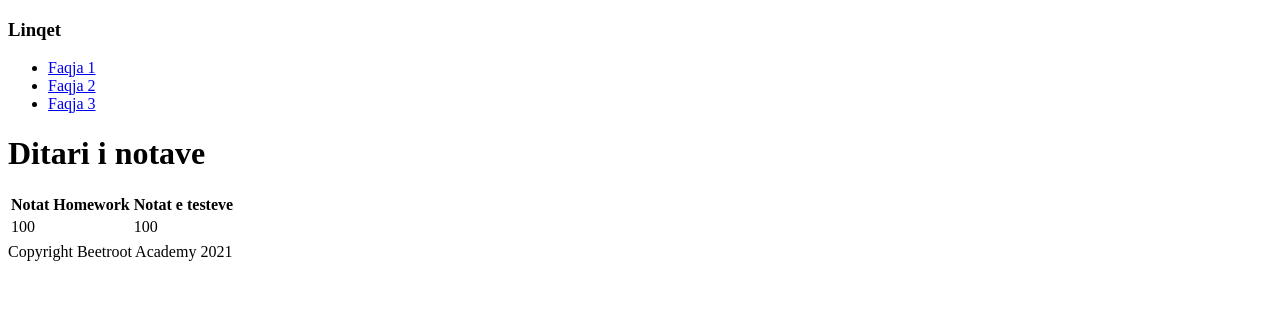
Repository: lendk/beetroot-fe-g1
Page: 02/index.html
An editor plug-in stored every save of this project. The page is shown before and after the next save, followed by the edit.
The browser window is 1280 px wide. The pictures show the whole page.

Above is the page before, as saved 2021-01-16 09:43:34.

### 02/index.html
<!DOCTYPE html>

<html>

<head>
  <title>Ligjerata 2/3 Html5</title>
</head>

<body>
  <header>
    <h3>Linqet</h3>
    <ul>
      <li><a href="#">Faqja 1</a></li>
      <li><a href="#">Faqja 2</a></li>
      <li><a href="#">Faqja 3</a></li>
    </ul>
  </header>
  <main>
    <h1>Ditari i notave</h1>
    <table>
      <thead>
        <tr>
          <th>Notat Homework</th>
          <th>Notat e testeve</th>
        </tr>
      </thead>
      <tbody>
        <tr>
          <td>100</td>
          <td>100</td>
        </tr>
      </tbody>
      <tfoot>
        <td></td>
        <td></td>
      </tfoot>
    </table>
  </main>
  <footer>
    <span>Copyright Beetroot Academy 2021</span>
  </footer>

</body>

</html>

After the next save:
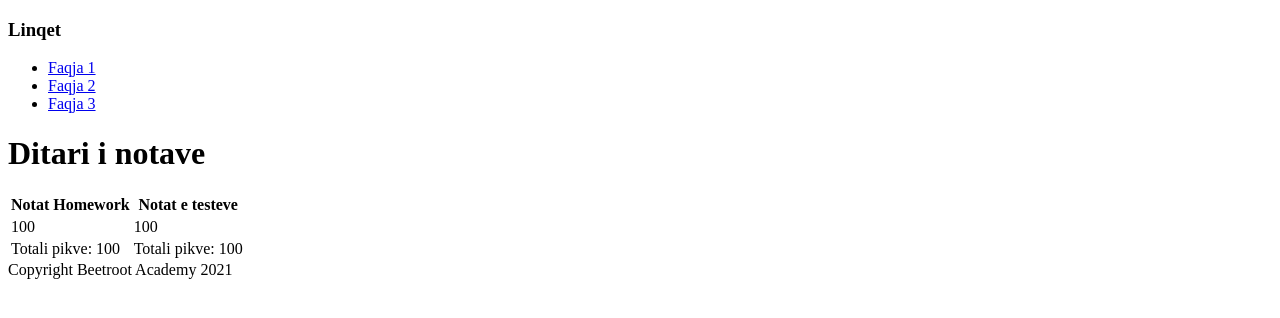
Saved 23 s later.
--- a/02/index.html
+++ b/02/index.html
@@ -31,8 +31,8 @@
         </tr>
       </tbody>
       <tfoot>
-        <td></td>
-        <td></td>
+        <td>Totali pikve: 100</td>
+        <td>Totali pikve: 100</td>
       </tfoot>
     </table>
   </main>
